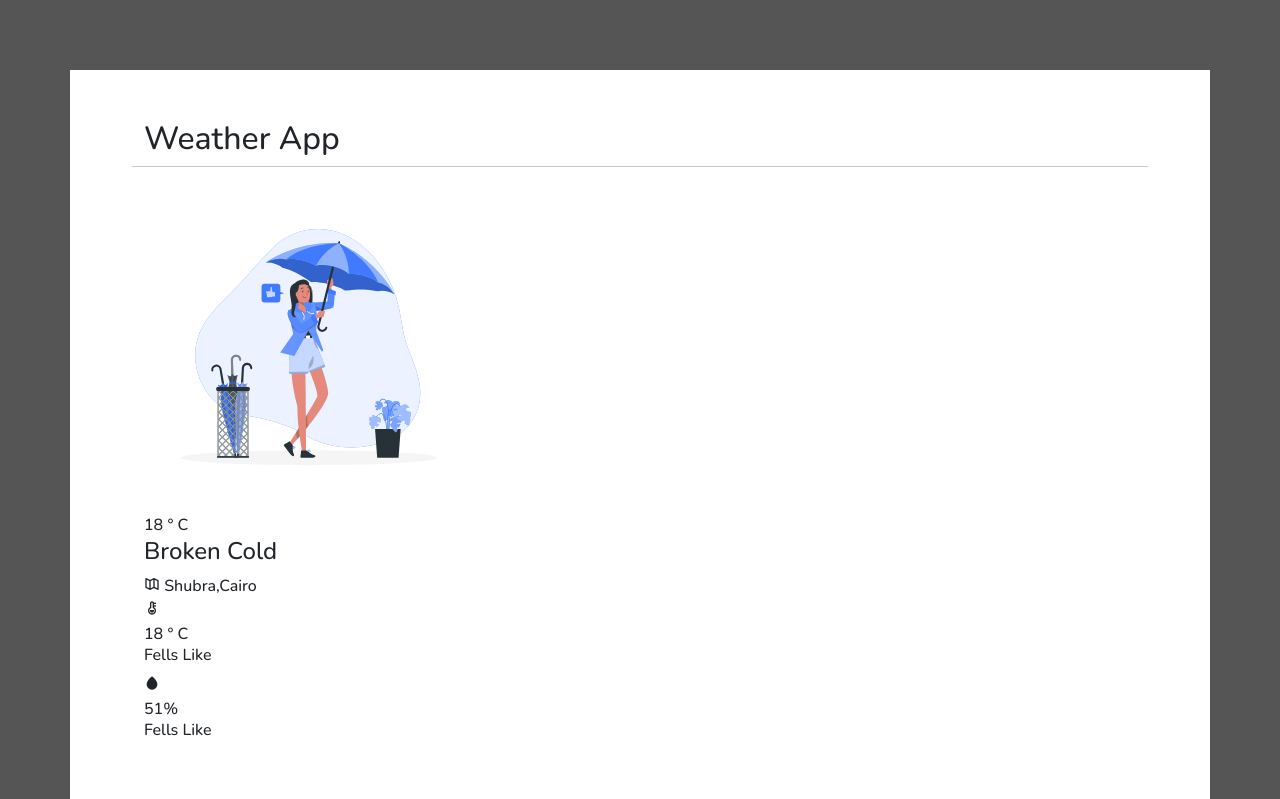
Repository: youssef168/Weather-App
Page: index.htm
These files come from the project's save history. The page is drawn as it stood at one moment and after the next save; the edit follows.
The browser window is 1280 px wide. The pictures show the whole page.

Above is the page before, as saved 2021-12-28 19:48:33.

After the next save:
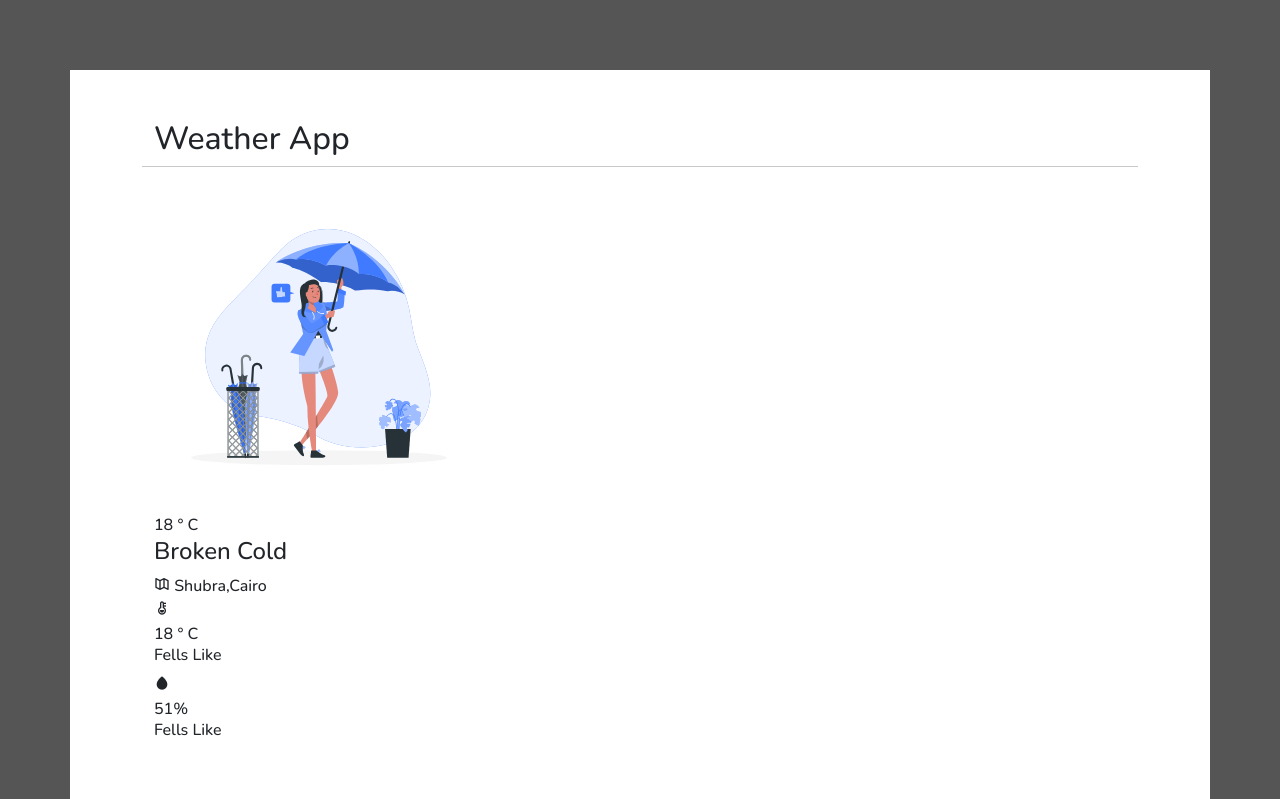
Saved 8 s later.
--- a/style.css
+++ b/style.css
@@ -13,7 +13,7 @@ body {
 .super {
     margin: auto;
     margin-top: 70px;
-    padding: 50px;
+    padding: 50px 60px;
     /* background-image: url('./blob.svg');
     background-repeat: no-repeat;
     background-size: covere; */
